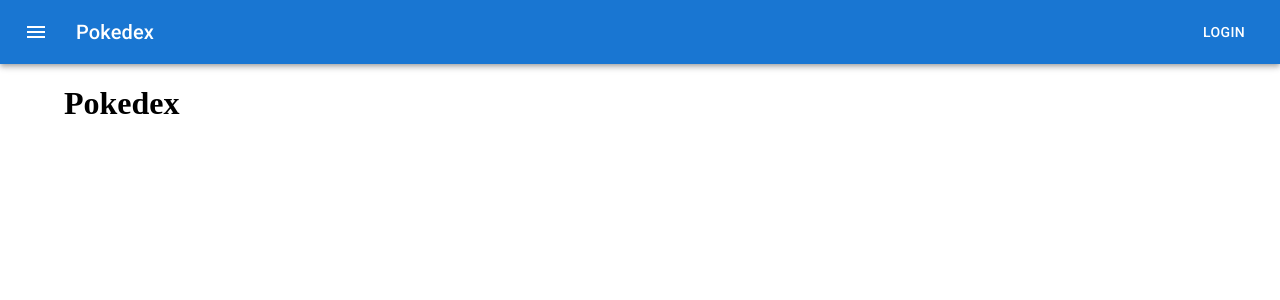
Repository: guilhermecardoso93/pokedex
Page: /
The author's editor kept a copy of each file at every save. The page is drawn from the files as they stood at one save, then again after the next save.
The browser window is 1280 px wide. The pictures show the whole page.
The page's requests for data from a server got no answer. The project was rebuilt for these pictures with package versions that can differ from the ones it lists, and the page was loaded fresh each time. No one was signed in, and anything a server would have sent is missing. Also part of the build but not shown: src/pokemon/services/getPokemonDetails.ts, src/pokemon/PokemonDetails.tsx.

Above is the page before, as saved 2022-08-07 09:44:33.

After the next save:
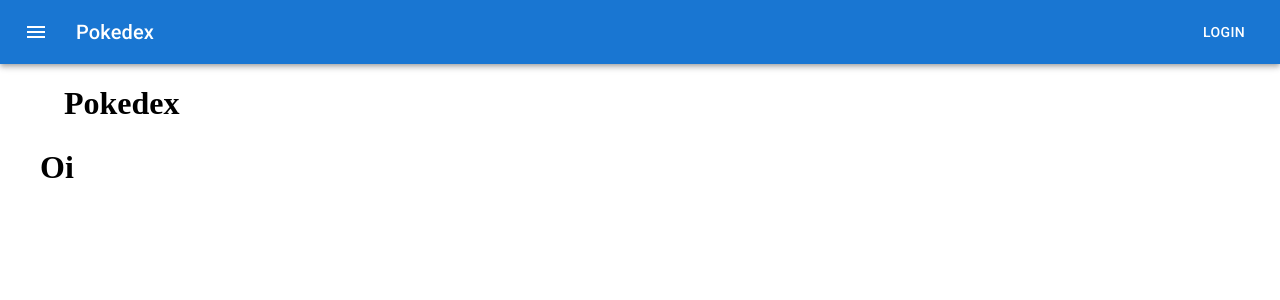
Saved 3 s later.
--- a/src/pokedex/Pokedex.tsx
+++ b/src/pokedex/Pokedex.tsx
@@ -9,6 +9,7 @@
 
 import { AppBarMenu } from "../components/AppBarMenu";
 import { listPokemon, PokemonListInterface } from "../pokemon/services/listPokemon";
+import { PokedexCard } from "./components/PokedexCard";
 
 
 export const axios = require("axios");
@@ -43,35 +44,7 @@
             spacing={2}
             columnSpacing={{ xs: 1, sm: 2, md: 3 }}
           >
-            {pokemon.map((pokemon) => (
-              <>
-                <Grid
-                  item
-                  xs={6}
-                  lg={3}
-                  md={3}
-                  style={{ backgroundColor: "gray" }}
-                >
-                  <CardContent>
-                    <Typography
-                      sx={{ fontSize: 14 }}
-                      color="text.secondary"
-                      gutterBottom
-                    >
-                      {pokemon.name}
-                    </Typography>
-                  </CardContent>
-                  <CardActions>
-                    <Button
-                      size="small"
-                      onClick={() => handleClick(pokemon)}
-                    >
-                      Abrir
-                    </Button>
-                  </CardActions>
-                </Grid>
-              </>
-            ))}
+            <PokedexCard/>
           </Grid>
         </Box>
       </Container>

After the save that followed:
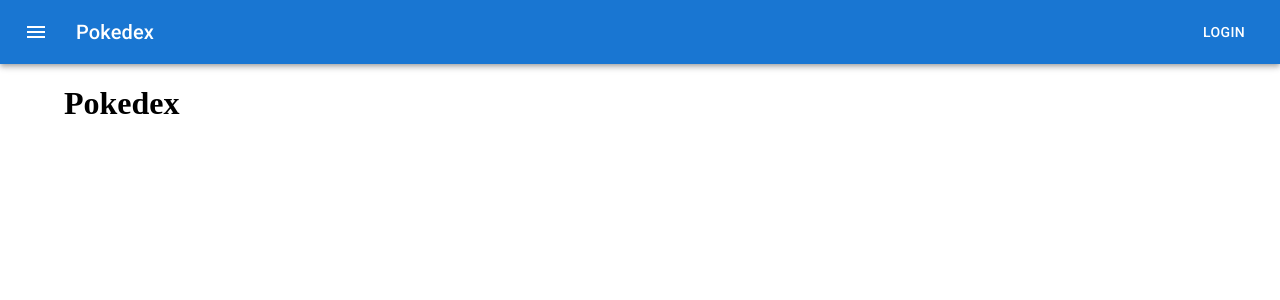
Saved 3 min 10 s later.
--- a/src/pokedex/Pokedex.tsx
+++ b/src/pokedex/Pokedex.tsx
@@ -8,9 +8,11 @@
 import { Container } from "@mui/system";
 
 import { AppBarMenu } from "../components/AppBarMenu";
-import { listPokemon, PokemonListInterface } from "../pokemon/services/listPokemon";
+import {
+  listPokemon,
+  PokemonListInterface,
+} from "../pokemon/services/listPokemon";
 import { PokedexCard } from "./components/PokedexCard";
-
 
 export const axios = require("axios");
 
@@ -18,21 +20,20 @@
 
 export const Pokedex: React.FC<PokedexProps> = () => {
   const [pokemon, setPokemon] = useState<PokemonListInterface[]>([]);
-  const [pokemonSelected, setPokemonSelected] = useState< PokemonListInterface | undefined>(undefined);
-  const history = useHistory()
-
-
+  const [pokemonSelected, setPokemonSelected] = useState<
+    PokemonListInterface | undefined
+  >(undefined);
+  const history = useHistory();
 
   useEffect(() => {
     listPokemon().then((response: any) => setPokemon(response.results));
   }, []);
 
-  function handleClick(pokemon: PokemonListInterface){
-    history.push(`/pokemon/${pokemon.name}`)
+  function handleClick(pokemon: PokemonListInterface) {
+    history.push(`/pokemon/${pokemon.name}`);
   }
 
   return (
-
     <>
       <AppBarMenu />
       <Container maxWidth="lg">
@@ -44,7 +45,19 @@
             spacing={2}
             columnSpacing={{ xs: 1, sm: 2, md: 3 }}
           >
-            <PokedexCard/>
+            {pokemon.map((pokemon) => (
+              <>
+                <Grid
+                  item
+                  xs={6}
+                  lg={3}
+                  md={3}
+                  style={{ backgroundColor: "gray" }}
+                >
+                 <PokedexCard/>
+                </Grid>
+              </>
+            ))}
           </Grid>
         </Box>
       </Container>
